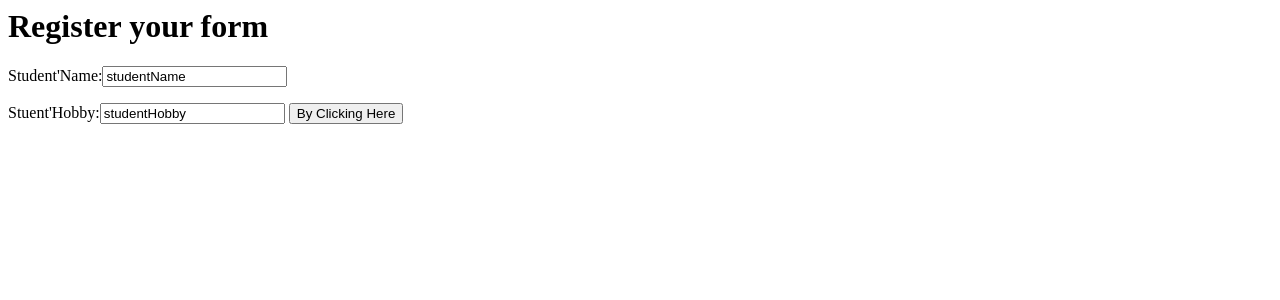
Repository: MFiroz303/Springs
Page: http://localhost/SampleApp/admissionform.html
These files come from the project's save history. The page is drawn as it stood at one moment and after the next save; the edit follows.
The browser window is 1280 px wide. The pictures show the whole page.
The page is served by Tomcat 9.

Above is the page before, as saved 2017-10-16 03:43:03.

After the next save:
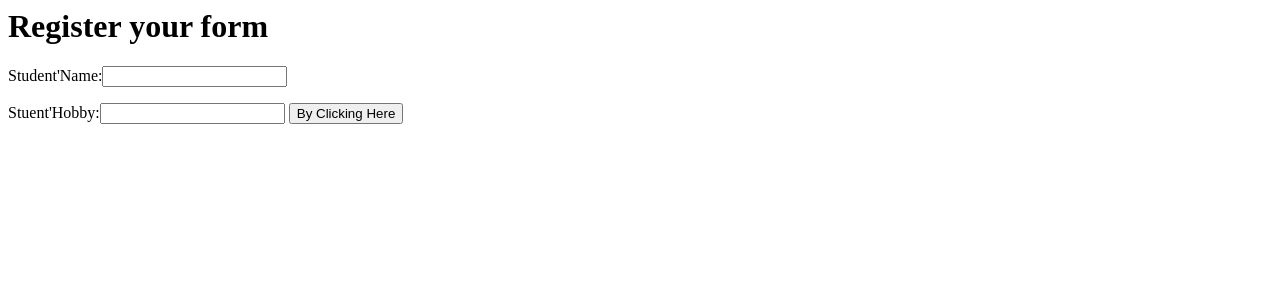
Saved 8 min 39 s later.
--- a/SampleApp/src/main/webapp/WEB-INF/admission.jsp
+++ b/SampleApp/src/main/webapp/WEB-INF/admission.jsp
@@ -2,8 +2,8 @@
 <body>
 <h1>Register your form</h1>
 <form action="/SampleApp/studentAddmissionform.html" method="post">
-<p>Student'Name:<input type="text"  value="studentName" />
-<p>Stuent'Hobby:<input type="text" value="studentHobby" />
+<p>Student'Name:<input type="text"  name="studentName" />
+<p>Stuent'Hobby:<input type="text" name="studentHobby" />
 
 <input type="submit" value="By Clicking Here">
 </form>
